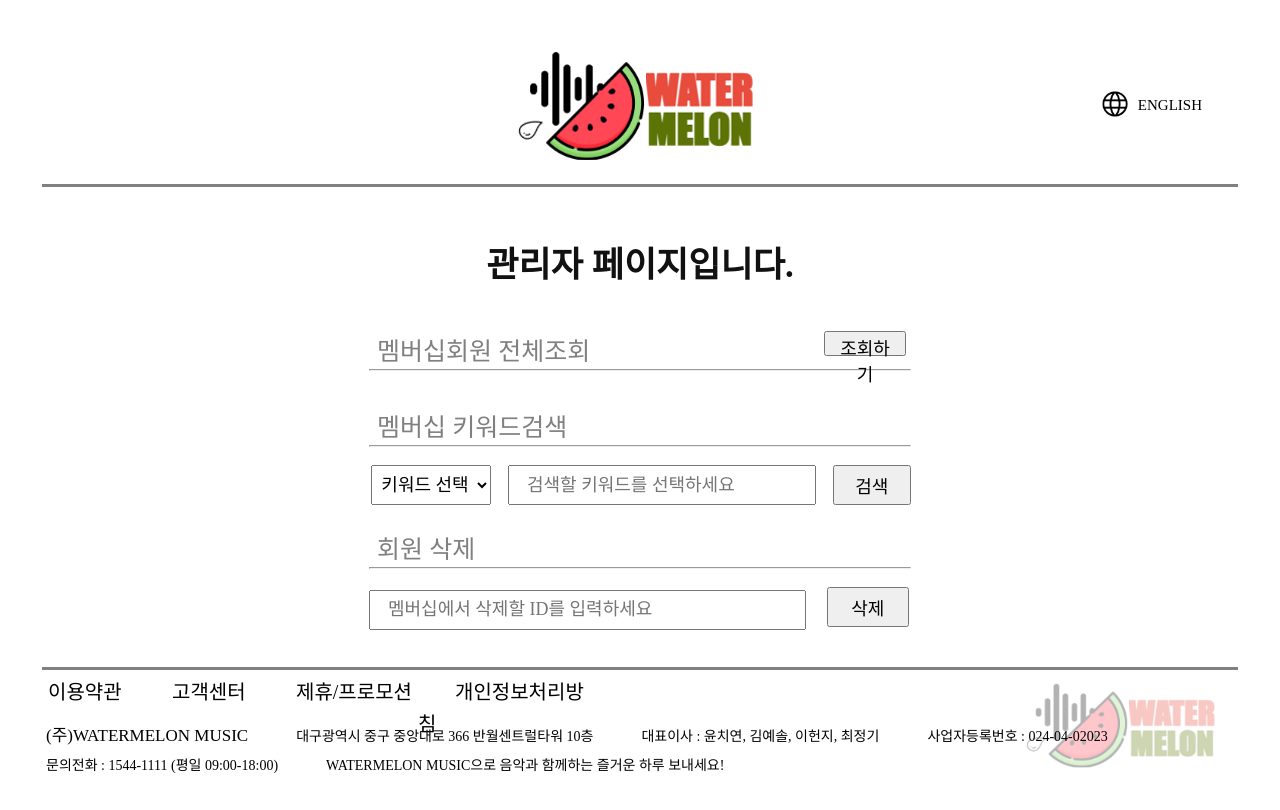
Repository: anchobb/TEAM_STS
Page: http://localhost/PJ_TEAM01/WEB-INF/views/membershipM.jsp
An editor plug-in stored every save of this project. The page is shown before and after the next save, followed by the edit.
The browser window is 1280 px wide. The pictures show the whole page.
Some web fonts or font styles are not loaded; a fallback is used. Some web libraries are served in a nearby version. The page is served by Tomcat 9. Nobody is signed in. The template is opened directly, without the code that normally fills it, so the values that code supplies are empty.

Above is the page before, as saved 2023-09-17 11:09:43.

After the next save:
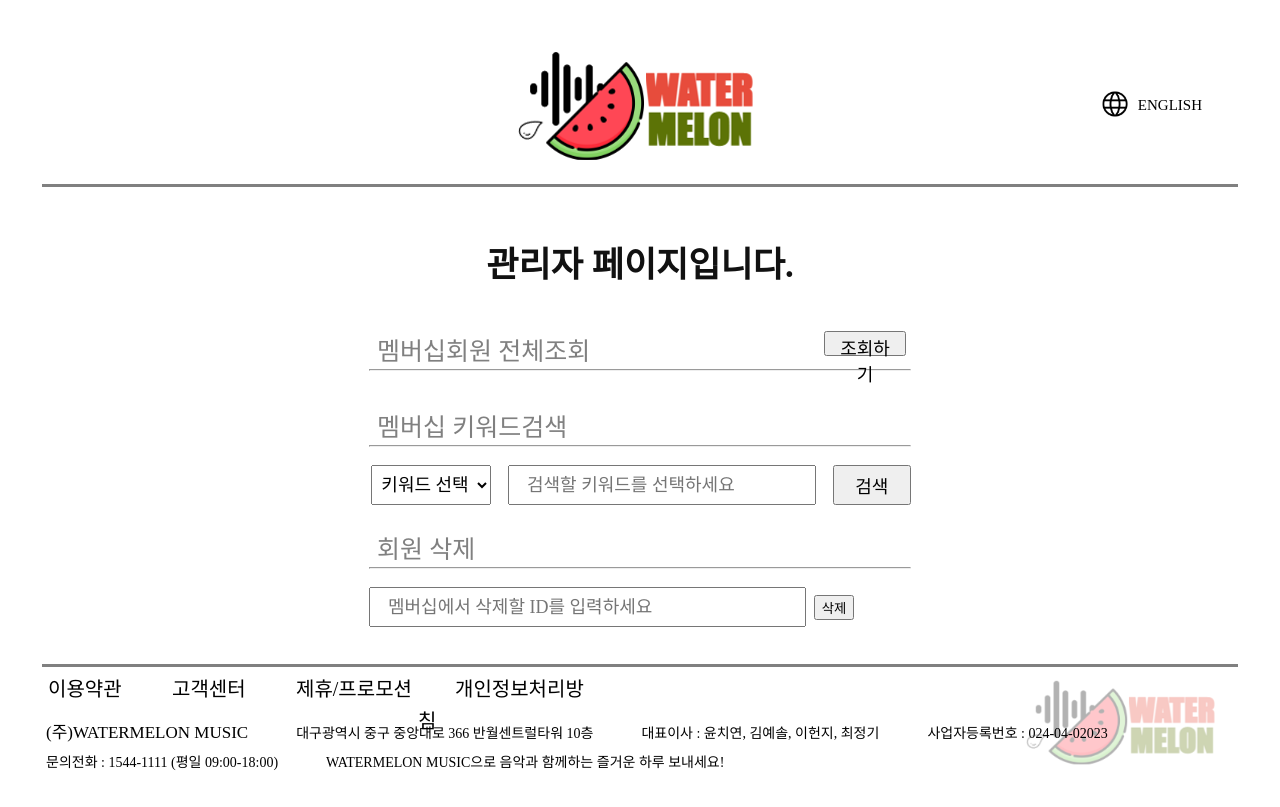
Saved 81 s later.
--- a/PJ_TEAM01/src/main/webapp/WEB-INF/views/membershipM.jsp
+++ b/PJ_TEAM01/src/main/webapp/WEB-INF/views/membershipM.jsp
@@ -67,9 +67,9 @@
 		</form>
 		<br />
 		<li><span class="title">회원 삭제</span><hr/></li>
-		<form action="${pageContext.request.contextPath}/member/remove" method="post">
+		<form action="${pageContext.request.contextPath}/membership_delete" method="post">
     	<input type="text" id="remove_input" name="id" placeholder="멤버십에서 삭제할 ID를 입력하세요">
-    	<button class="removeuser">삭제</button>
+    	<button class="ms_delete">삭제</button>
 		</form>
 		<br />
 	</ul>
@@ -149,7 +149,7 @@
 
 	//회원 삭제 script
 	document.addEventListener("DOMContentLoaded", function () {
-       const form = document.querySelector('.removeuser');
+       const form = document.querySelector('.ms_delete');
        const searchInput = document.querySelector('#remove_input');
 
        form.addEventListener('click', async function (event) {

After the save that followed:
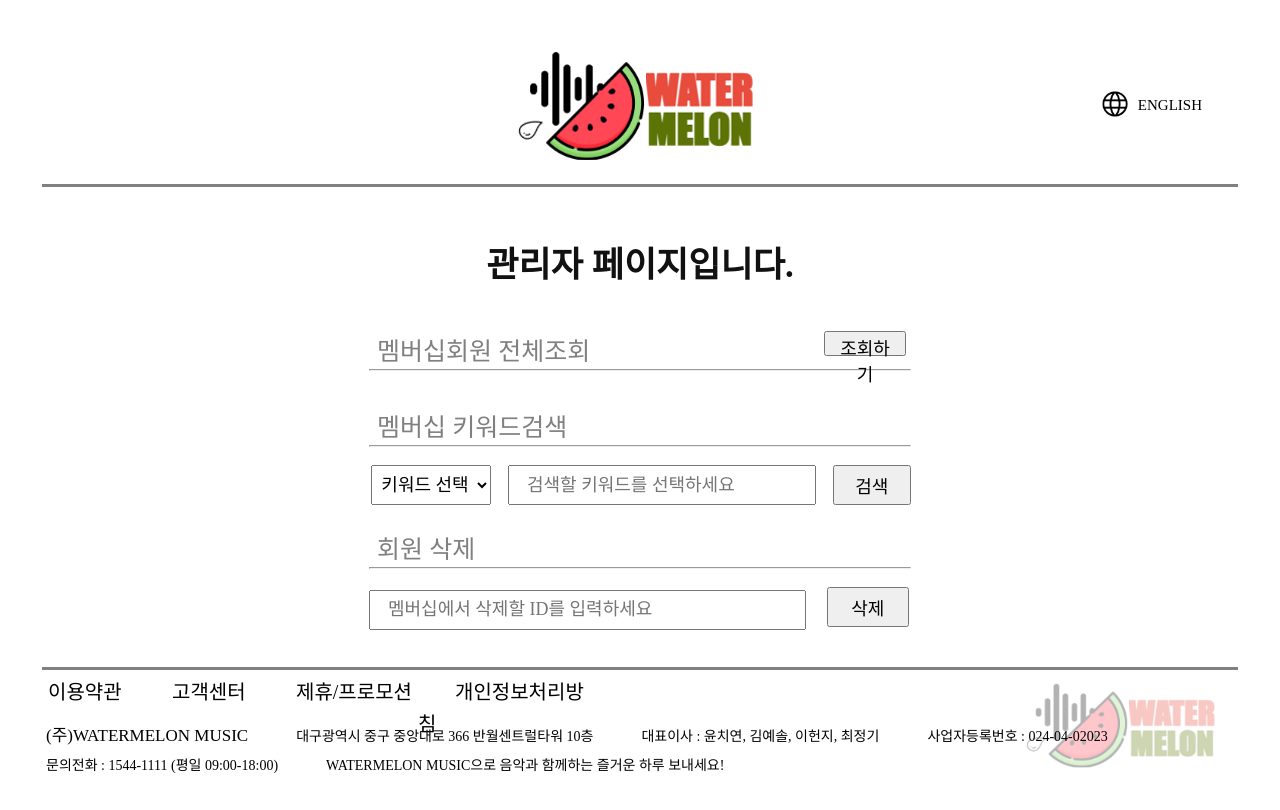
Saved 55 s later.
--- a/PJ_TEAM01/src/main/webapp/resources/static/css/membershipM_Page.css
+++ b/PJ_TEAM01/src/main/webapp/resources/static/css/membershipM_Page.css
@@ -112,7 +112,7 @@
 	}
 
 
-    .membership_M form .oneuser, .removeuser{
+    .membership_M form .oneuser, .ms_delete{
         width: 82px;
         height: 40px;
         margin-left: 15px;
